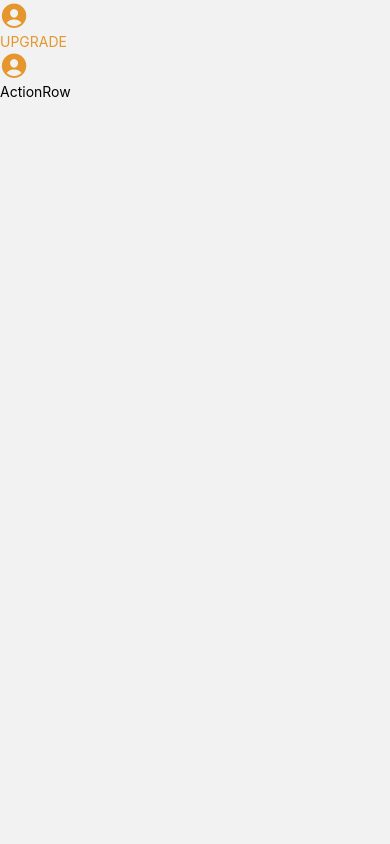
Repository: katjalmarko/React-Native-Fitness-App-with-Subscription
Screen: /
The author's editor kept a copy of each file at every save. The screen is drawn from the files as they stood at one save, then again after the next save.
Pictures or frames that could not be fetched are drawn as grey boxes. The app was drawn by React Native's web renderer in a window 390 px wide. The project was rebuilt for these pictures with package versions that can differ from the ones it lists, and the page was loaded fresh each time.

Above is the screen before, as saved 2023-05-08 17:55:59.

After the next save:
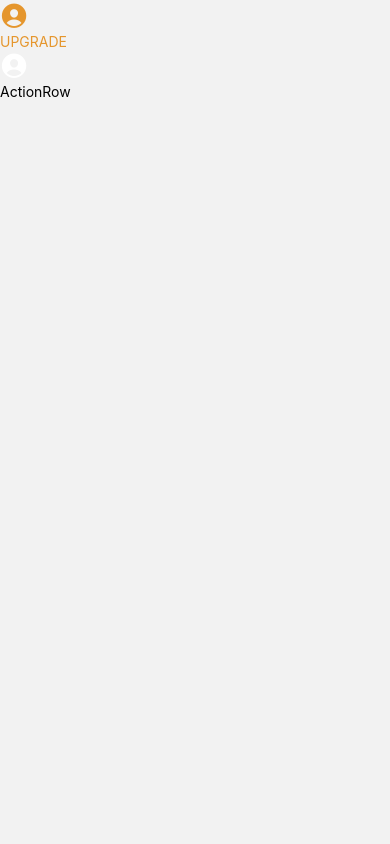
Saved 6 s later.
--- a/components/ActionRow.tsx
+++ b/components/ActionRow.tsx
@@ -13,7 +13,7 @@ type Props = {
 const ActionRow = ({ title, screen, color, requiresPro, icon, vertical }: Props) => {
   return (
     <TouchableOpacity>
-      <Ionicons name="person-circle" size={30} color="#E5962D" />
+      <Ionicons name="person-circle" size={30} color="white" />
       <Text>ActionRow</Text>
     </TouchableOpacity>
   )
